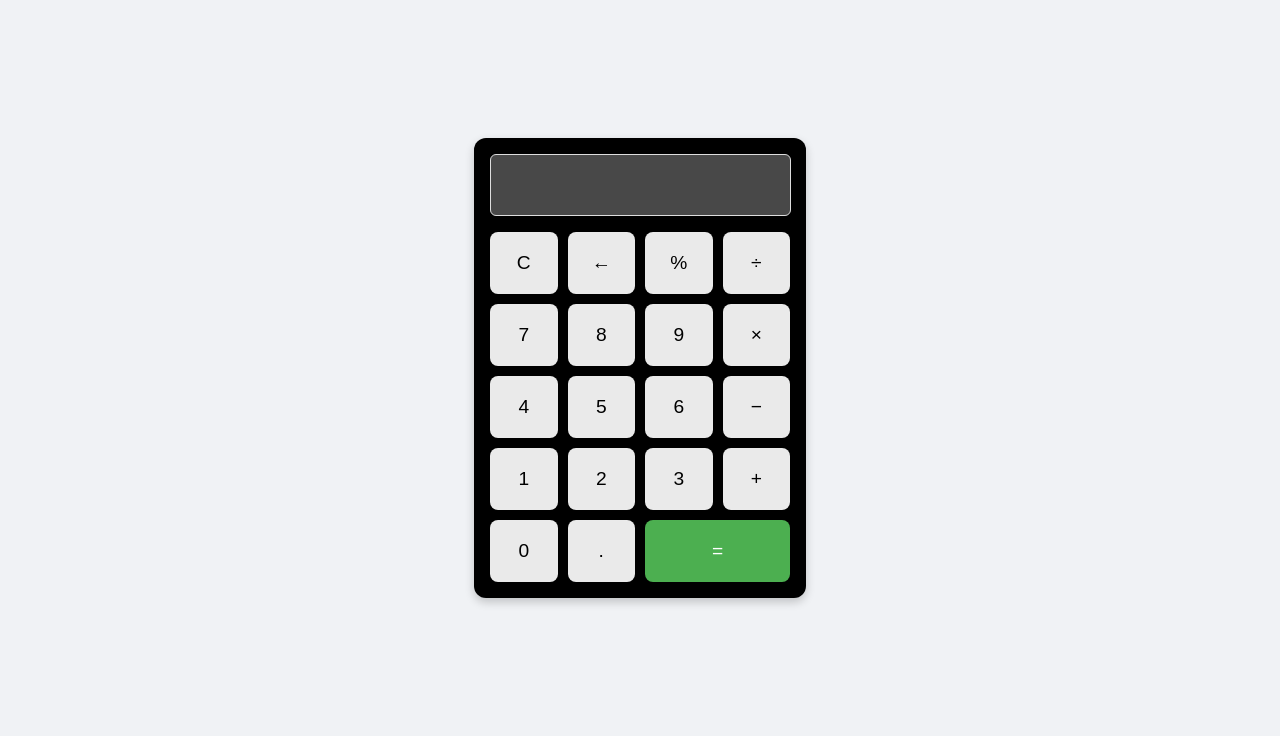
Repository: Eh-Vee/Calculator
Page: index.html
The author's editor kept a copy of each file at every save. The page is drawn from the files as they stood at one save, then again after a run of saves.
The browser window is 1280 px wide. The pictures show the whole page.

Above is the page before, as saved 2025-06-04 08:50:17.

After the next 3 saves:
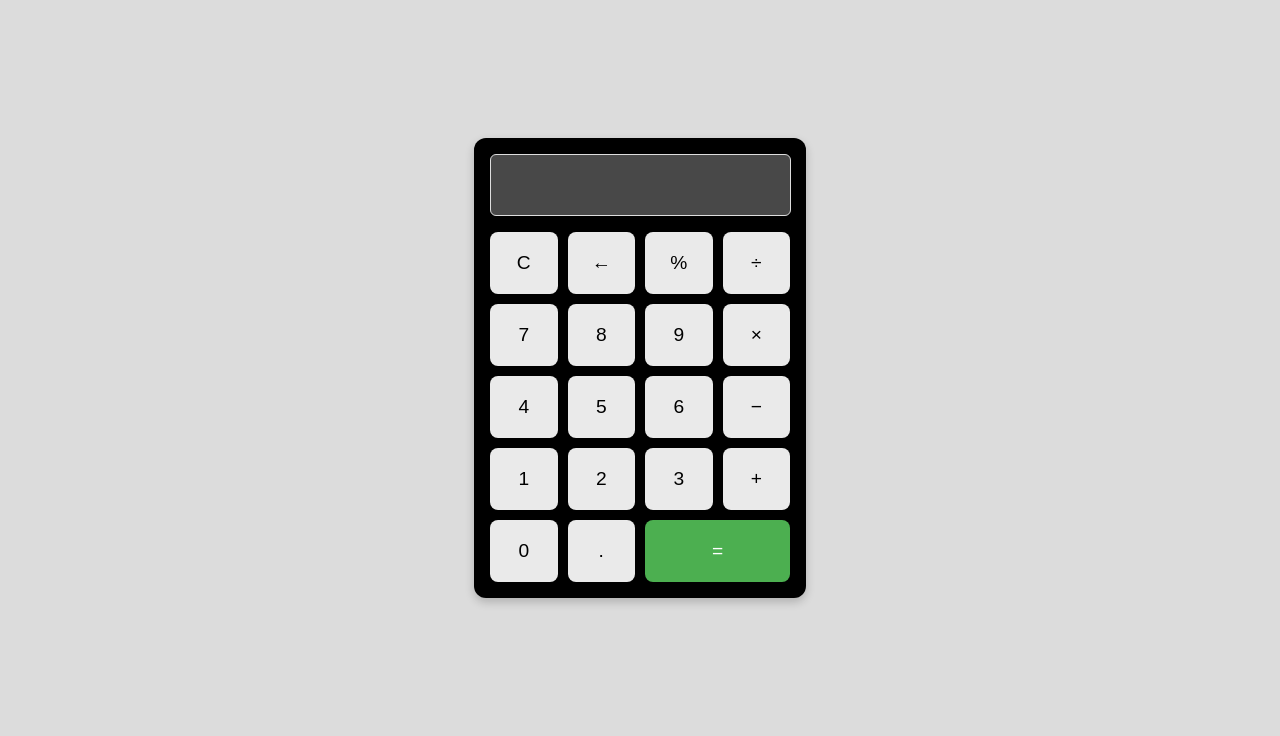
The 3 saves are shown as one change because they came seconds apart.
The last was saved 26 s later.
--- a/styles.css
+++ b/styles.css
@@ -1,5 +1,5 @@
 body {
-  background: #f0f2f5;
+  background: gainsboro;
   display: flex;
   height: 100vh;
   justify-content: center;
